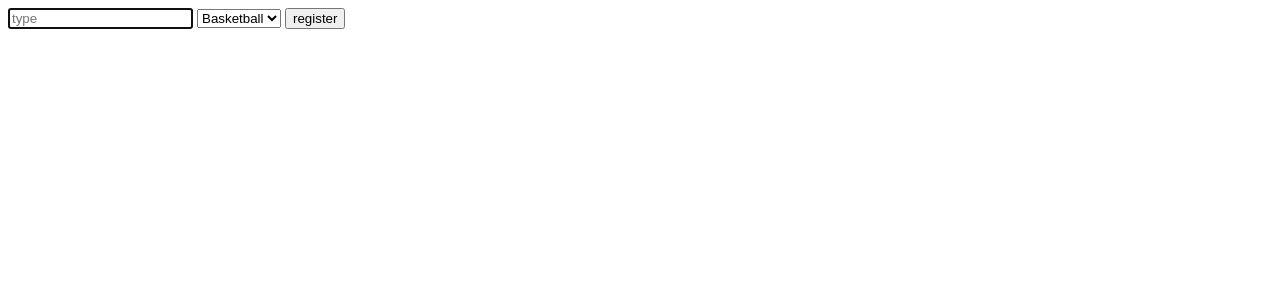
Repository: clovis739/python-_sample2
Page: csx/templates/success.html
These files come from the project's save history. The page is drawn as it stood at one moment and after a run of saves; the edit follows.
The browser window is 1280 px wide. The pictures show the whole page.

Above is the page before, as saved 2024-03-02 16:35:47.

### csx/templates/success.html
<!DOCTYPE html>
<html lang="en">
<head>
    <meta charset="UTF-8">
    <meta name="viewport" content="width=device-width, initial-scale=1.0">
    <title>Document</title>
</head>
<body>
    <form action="/register" method="post">
        <input autocomplete="off" autofocus name="name" placeholder="type" type="text">
        <select>
            <option disabled  value="sports">sports</option>
            <option value="basketbal">Basketball</option>
            <option value="handball">handball</option>
            <option value="Rocky ball">Rocky ball</option>
            <option value="Footbal">Football</option>
        </select>
<button style="border" type="submit">register</button>
    </form>
</body>
</html>

After the next 3 saves:
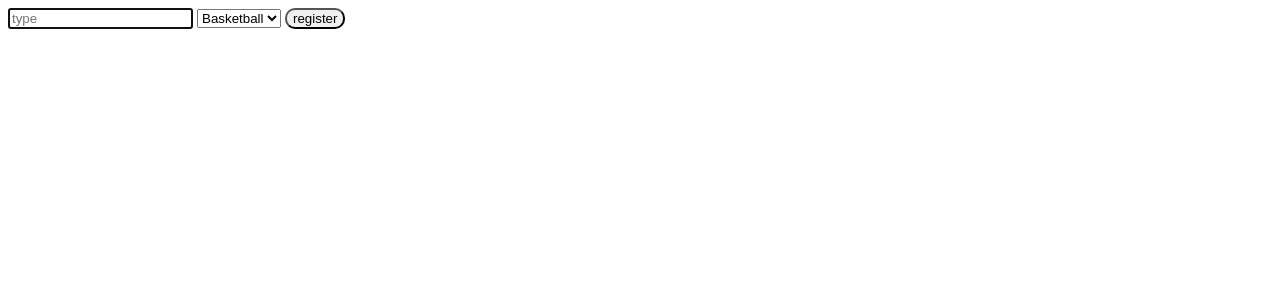
The 3 saves are shown as one change because they came seconds apart.
The last was saved 8 s later.
--- a/csx/templates/success.html
+++ b/csx/templates/success.html
@@ -15,7 +15,7 @@
             <option value="Rocky ball">Rocky ball</option>
             <option value="Footbal">Football</option>
         </select>
-<button style="border" type="submit">register</button>
+<button style="border-radius: 10px ;" type="submit">register</button>
     </form>
 </body>
 </html>
